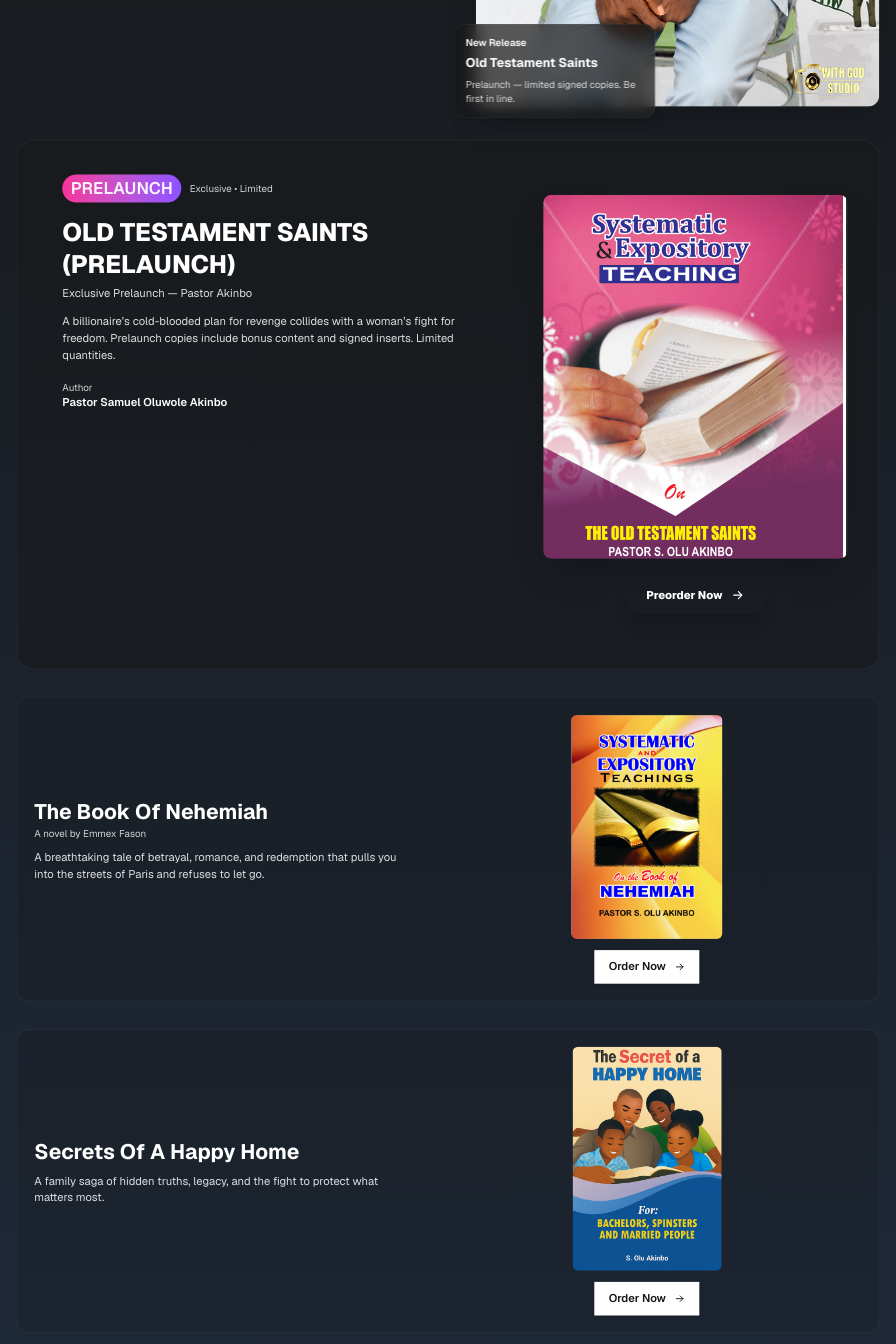
Repository: EmmyDunny1/pastor-oluwole-akinbo
Page: /Books
The author's editor kept a copy of each file at every save. The page is drawn from the files as they stood at one save, then again after the next save.
The browser window is 1280 px wide. The pictures show the part of the page from y = 805 to 2725 px (the page is 2942 px tall before and 2900 px after), at 70% of full size.
The project was rebuilt for these pictures with package versions that can differ from the ones it lists, and the page was loaded fresh each time. The framework's server and built-in components were replaced by stand-ins that run in the browser. Also part of the build but not shown: next.config.ts, components/BooksCarousel.Module.css.

Above is the page before, as saved 2025-08-13 11:54:20.

### app/layout.tsx
import type { Metadata } from "next";
import { Geist, Geist_Mono } from "next/font/google";
import "./globals.css";
import Header from "../components/Header";
import Footer from "../components/Footer";


const geistSans = Geist({
  variable: "--font-geist-sans",
  subsets: ["latin"],
});

const geistMono = Geist_Mono({
  variable: "--font-geist-mono",
  subsets: ["latin"],
});

export const metadata: Metadata = {
  title: "Pastor Oluwole Akinbo",
  description: "It's a website for Pastor Oluwole Akinbo ",
};

export default function RootLayout({
  children,
}: Readonly<{
  children: React.ReactNode;
}>) {
  return (
    <html lang="en">
      <body
        className={`${geistSans.variable} ${geistMono.variable} antialiased`}
      >
        <Header />
        {children}

        <Footer />
      </body>
    </html>
  );
}

### app/Books/page.tsx
import React from 'react'
import BooksCarousel from '@/components/BooksCarousel'


export default function BooksPage() {
  return (
    <div>
      <BooksCarousel />

    </div>
  )
}

### app/globals.css
@import "tailwindcss";

:root {
  --background: #ffffff;
  --foreground: #171717;
}

@theme inline {
  --color-background: var(--background);
  --color-foreground: var(--foreground);
  --font-sans: var(--font-geist-sans);
  --font-mono: var(--font-geist-mono);
}

@media (prefers-color-scheme: dark) {
  :root {
    --background: #0a0a0a;
    --foreground: #ededed;
  }
}

body {
  background: var(--background);
  color: var(--foreground);
  font-family: Arial, Helvetica, sans-serif;
}

body {
  @apply bg-white text-[#171717] dark:bg-gray-900 dark:text-white font-sans;
}

### components/Header.tsx
"use client";

import Link from "next/link";
import { usePathname } from "next/navigation";
import { useState, useEffect } from "react";
import { BiMenuAltRight, BiX, BiSun, BiMoon } from "react-icons/bi";
import { motion, AnimatePresence } from "framer-motion";

const navLinks = [
  { href: "/", label: "Home" },
  { href: "/Biography", label: "Biography" },
  { href: "/SubmitTestimony", label: "Submit Testimony" },
  { href: "/Books", label: "Books" },
  { href: "/Gift", label: "Gift" },
];

export default function Header() {
  const pathname = usePathname();
  const [isOpen, setIsOpen] = useState(false);
  const [isDarkMode, setIsDarkMode] = useState(false);

  useEffect(() => {
    if (typeof window !== "undefined") {
      const darkPref = localStorage.getItem("theme") === "dark";
      setIsDarkMode(darkPref);
      document.documentElement.classList.toggle("dark", darkPref);
    }
  }, []);

  const toggleMenu = () => setIsOpen(!isOpen);

  const toggleDarkMode = () => {
    const newMode = !isDarkMode;
    setIsDarkMode(newMode);
    localStorage.setItem("theme", newMode ? "dark" : "light");
    document.documentElement.classList.toggle("dark", newMode);
  };

  return (
    <header className="bg-white dark:bg-gray-800 text-[#171717] dark:text-white shadow-md sticky top-0 z-50 transition-all duration-300">
      <div className="max-w-7xl mx-auto flex items-center justify-between px-4 py-4">
        <Link href="/">
          <h1 className="text-2xl font-bold">Dad&apos;s Retirement</h1>
        </Link>

        {/* Desktop Nav */}
        <nav className="hidden md:flex gap-6 text-md  items-center font-medium">
          {navLinks.map(({ href, label }) => (
            <Link
              key={href}
              href={href}
              className={`${
                pathname === href
                  ? "text-gray-600 border-b-2 decoration-0  border-gray-600"
                  : "hover:text-white transition"
              } ${
                label === "Gift"
                  ? "bg-gray-100 text-gray-950 px-4 py-2 rounded-md hover:bg-gray-500  transition"
                  : ""
              }`}
            >
              {label}
            </Link>
          ))}
          <button
            onClick={toggleDarkMode}
            className="ml-4 text-xl hover:text-blue-600 transition"
            aria-label="Toggle dark mode"
          >
            {isDarkMode ? <BiSun /> : <BiMoon />}
          </button>
        </nav>

        {/* Mobile Toggle */}
        <div className="md:hidden flex items-center gap-4">
          <button
            onClick={toggleDarkMode}
            className="text-2xl hover:text-blue-600 transition"
            aria-label="Toggle dark mode"
          >
            {isDarkMode ? <BiSun /> : <BiMoon />}
          </button>
          <div className="text-3xl cursor-pointer" onClick={toggleMenu}>
            {isOpen ? <BiX /> : <BiMenuAltRight />}
          </div>
        </div>
      </div>

      {/* Mobile Nav */}
      <AnimatePresence>
        {isOpen && (
          <motion.nav
            initial={{ opacity: 0, y: -20 }}
            animate={{ opacity: 1, y: 0 }}
            exit={{ opacity: 0, y: -20 }}
            transition={{ duration: 0.3 }}
            className="md:hidden bg-white min-h-screen dark:bg-gray-800 border-t border-gray-200 dark:border-gray-700 px-4 py-4 space-y-4 text-base font-medium text-left"
          >
            {navLinks.map(({ href, label }) => (
              <Link
                key={href}
                href={href}
                onClick={() => setIsOpen(false)}
                className={`block w-full ${
                  pathname === href
                    ? " text-gray-400 font-semibold"
                    : "hover:text-gray-400 transition"
                } ${
                  label === "Gift"
                    ? "bg-gray-800 text-gray-100 px-4 py-2 rounded-md hover:bg-gray-100  border-1 border-white transition"
                    : ""
                }`}
              >
                {label}
              </Link>
            ))}
          </motion.nav>
        )}
      </AnimatePresence>
    </header>
  );
}

### components/Footer.tsx
import React from 'react'


export default function Footer() {
  return (
    <footer className="bg-gray-800 text-white text-center p-4 mt-8">
      <p>&copy; {new Date().getFullYear()} A Tribute to Dad. All rights reserved.</p>
    </footer>
  )
}

### components/BooksCarousel.tsx
"use client";

import React from "react";
import { useEffect, useRef, useState } from "react";
import Image from "next/image";
import styles from "./BooksCarousel.module.css";

type Book = {
  id: number;
  title: string;
  subtitle?: string;
  description: string;
  cover: string;
  link: string;
  prelaunch?: boolean;
};

const BOOKS: Book[] = [
  {
    id: 1,
    title: "The Book Of Nehemiah",
    subtitle: "A novel by Emmex Fason",
    description:
      "A breathtaking tale of betrayal, romance, and redemption that pulls you into the streets of Paris and refuses to let go.",
    cover: "/books/Book_Of_Neh.png",
    link: "https://selar.co/m/samuel-oluwole1458878?currency=NGN",
  },
  {
    id: 2,
    title: "Secrets Of A Happy Home",
    subtitle: "",
    description:
      "A family saga of hidden truths, legacy, and the fight to protect what matters most.",
    cover: "/books/Secrets_Of__HM.png",
    link: "/PreOrderPayment",
  },
  {
    id: 99,
    title: "OLD TESTAMENT SAINTS (PRELAUNCH)",
    subtitle: "Exclusive Prelaunch — Pastor Akinbo ",
    description:
      "A billionaire’s cold-blooded plan for revenge collides with a woman’s fight for freedom. Prelaunch copies include bonus content and signed inserts. Limited quantities.",
    cover: "/books/Old_Test_Saints.png",
    link: "/PreOrderPayment",
    prelaunch: true,
  },
];

function FallbackImage({
  src,
  alt,
  className,
  width,
  height,
}: {
  src: string;
  alt: string;
  className?: string;
  width?: number;
  height?: number;
}) {
  const placeholder = "/placeholder.jpg";
  const [imgSrc, setImgSrc] = useState(src);
  return (
    <Image
      src={imgSrc}
      alt={alt}
      width={width ?? 600}
      height={height ?? 900}
      className={className}
      onError={() => setImgSrc(placeholder)}
    />
  );
}

export default function BooksPage(): React.ReactNode {
  const carouselRef = useRef<HTMLDivElement>(null);

  useEffect(() => {
    const el = carouselRef.current;
    if (!el) return;

    let scrollAmount = 0;
    const step = 1;
    const max = el.scrollWidth - el.clientWidth;
    const interval = window.setInterval(() => {
      if (!carouselRef.current) return;
      scrollAmount += step;
      if (scrollAmount >= max) {
        carouselRef.current.scrollTo({ left: 0, behavior: "smooth" });
        scrollAmount = 0;
      } else {
        carouselRef.current.scrollLeft = scrollAmount;
      }
    }, 20);

    return () => clearInterval(interval);
  }, []);

  const prelaunch = BOOKS.find((b) => b.prelaunch);
  const nonPre = BOOKS.filter((b) => !b.prelaunch);

  return (
    <main className="min-h-screen bg-gradient-to-b from-[#171717] to-gray-800 text-white">
      <div className="max-w-7xl mx-auto px-6 py-20">
        <section className="grid grid-cols-1 lg:grid-cols-2 gap-8 items-center mb-12">
          <div className="lg:mb-[20rem] relative z-10">
            <h1 className="text-4xl md:text-5xl font-extrabold leading-tight mb-4">
              My Books
            </h1>
            <p className="text-lg text-white/90 max-w-xl">
              Welcome — a curated collection of stories that explore love, power,
              and sacrifice. Scroll down to see the catalog and secure the
              exclusive prelaunch edition.
            </p>
            <div className="mt-6 flex items-center gap-4">
              <div className="w-14 h-14 rounded-full overflow-hidden ring-2 ring-white/10 shadow">
                <FallbackImage
                  src="/others/Hero.jpg"
                  alt="Author - Pastor Akinbo"
                  width={56}
                  height={56}
                  className="object-cover"
                />
              </div>
              <div>
                <div className="font-semibold">Pastor Akinbo</div>
                <div className="text-sm text-white/80">Author</div>
              </div>
            </div>
          </div>
          <div className="flex justify-end">
            <div className="relative w-full max-w-md lg:max-w-xl transform transition-all duration-500 hover:-translate-y-3">
              <div className="rounded-2xl overflow-hidden shadow-2xl ring-1 ring-white/5">
                <FallbackImage
                  src="/others/BooksImage.jpg"
                  alt="Pst Akinbo"
                  width={640}
                  height={640}
                  className="object-cover w-full h-full"
                />
              </div>
              <div className="absolute -left-8 -bottom-10 hidden lg:block">
                <div className="bg-[#171717]/70 backdrop-blur-md border border-white/6 rounded-2xl p-4 w-72 shadow-lg -translate-y-6">
                  <div className="text-sm text-pink/90 font-semibold">New Release</div>
                  <div className="mt-1 text-lg font-bold">Old Testament Saints</div>
                  <div className="mt-2 text-sm text-white/80">
                    Prelaunch — limited signed copies. Be first in line.
                  </div>
                </div>
              </div>
            </div>
          </div>
        </section>
        {prelaunch && (
          <section className="mb-10">
            <article
              className="relative overflow-visible flex flex-col lg:flex-row items-stretch gap-6 p-8 rounded-3xl border border-white/6 bg-[#171717]/40 hover:translate-y-[-6px] transition-transform duration-500"
              aria-labelledby={`pre-${prelaunch.id}`}
            >
              <div
                className="absolute inset-0 rounded-3xl pointer-events-none -z-10"
                aria-hidden
                style={{
                  background:
                    "linear-gradient(90deg, rgba(255,90,255,0.06), rgba(120,60,255,0.04), rgba(255,106,0,0.04))",
                }}
              />
              <div className="w-full lg:mb-[20rem] lg:w-2/3 z-10 px-3 lg:px-8 py-4 flex flex-col justify-center">
                <div className="inline-flex items-center gap-3 mb-3">
                  <span className="px-3 py-1 rounded-full text-2xl font-semibold text-white/95 bg-gradient-to-r from-pink-500 to-violet-500 shadow-sm">
                    PRELAUNCH
                  </span>
                  <span className="text-sm text-white/80">Exclusive • Limited</span>
                </div>
                <h2 id={`pre-${prelaunch.id}`} className="mt-2 text-3xl lg:text-4xl font-extrabold leading-tight">
                  {prelaunch.title}
                </h2>
                {prelaunch.subtitle && (
                  <div className="mt-2 text-md text-white/85">{prelaunch.subtitle}</div>
                )}
                <p className="mt-4 text-white/85 max-w-xl">
                  {prelaunch.description}
                </p>
                <div className="mt-6">
                  <div className="text-sm text-white/80">Author</div>
                  <div className="font-semibold">Pastor Samuel Oluwole Akinbo</div>
                </div>
              </div>
              <div className="w-full lg:w-[45%] z-10 flex flex-col items-center justify-center px-3 py-6">
                <div className="w-full overflow-visible">
                  <div className="relative w-full rounded-xl transform transition duration-700 hover:scale-[1.04] hover:rotate-[-2deg] hover:translate-y-[-6px]">
                    <FallbackImage
                      src={prelaunch.cover}
                      alt={prelaunch.title}
                      width={520}
                      height={760}
                      className="object-cover w-full h-[520px] rounded-xl shadow-2xl"
                    />
                    <div className={`${styles.neonHalo} absolute -inset-2 rounded-xl -z-10`} />
                  </div>
                </div>
                <a
                  href={prelaunch.link}
                  className={`${styles.preorderNeon} mt-6 relative inline-flex items-center gap-3 px-8 py-4 rounded-full font-extrabold text-white shadow-xl transition-all duration-300`}
                >
                  <span className="relative z-10">Preorder Now</span>
                  <svg className="w-5 h-5 relative z-10" viewBox="0 0 24 24" fill="none" aria-hidden>
                    <path d="M5 12h14M13 6l6 6-6 6" stroke="white" strokeWidth="2" strokeLinecap="round" strokeLinejoin="round" />
                  </svg>
                </a>
              </div>
            </article>
          </section>
        )}
        <section className="space-y-10 mb-16">
          {nonPre.map((book) => (
            <article
              key={book.id}
              className="group relative flex flex-col lg:flex-row items-center gap-6 p-6 rounded-2xl border border-white/6 bg-[#171717]/20 hover:-translate-y-2 transition-transform duration-400"
            >
              <div className="w-full lg:w-2/3 text-left z-10">
                <h3 className="text-2xl lg:text-3xl font-bold">{book.title}</h3>
                {book.subtitle && <div className="mt-1 text-sm text-white/80">{book.subtitle}</div>}
                <p className="mt-3 text-white/85 max-w-xl">{book.description}</p>
                <div className="mt-6 text-sm text-white/80">

                </div>
              </div>
              <div className="w-full lg:w-[75%] flex flex-col items-center">
                <div className="overflow-hidden  transform transition duration-500 group-hover:scale-105">
                  <FallbackImage
                    src={book.cover}
                    alt={book.title}
                    width={420}
                    height={600}
                    className="object-cover w-full h-80 rounded-lg"
                  />
                </div>
                <a
                  href={book.link}
                  className="mt-4 inline-flex items-center gap-3 bg-white text-[#171717] font-semibold px-5 py-3 shadow-md hover:shadow-lg transition-all duration-300 group"
                >
                  Order Now
                  <svg className="w-4 h-4 transition-transform duration-300 group-hover:translate-x-2" viewBox="0 0 24 24" fill="none" aria-hidden>
                    <path d="M5 12h14M13 6l6 6-6 6" stroke="#171717" strokeWidth="2" strokeLinecap="round" strokeLinejoin="round" />
                  </svg>
                </a>
              </div>
            </article>
          ))}
        </section>
        {/* <section aria-label="Other books carousel" className="mb-12">
          <h3 className="text-2xl font-bold mb-6">More by the author</h3>
          <div ref={carouselRef} className="relative w-full overflow-hidden">
            <div className="flex gap-6 w-max py-4 px-2">
              {BOOKS.map((b) => (
                <div key={`card-${b.id}`} className="min-w-[260px] flex-shrink-0 bg-[#171717]/60 rounded-2xl p-4 shadow-lg">
                  <div className="rounded-lg overflow-hidden mb-3">
                    <FallbackImage
                      src={b.cover}
                      alt={b.title}
                      width={260}
                      height={360}
                      className="w-full h-40 object-cover"
                    />
                  </div>
                  <div>
                    <div className="font-semibold text-lg">{b.title}</div>
                    <div className="text-sm text-white/80 mt-1">{b.subtitle ?? "By Emmex Fason"}</div>
                    <a
                      href={b.link}
                      className="mt-3 inline-flex items-center gap-2 bg-white text-[#171717] px-3 py-2 rounded-full text-sm font-semibold hover:scale-105 transition-transform"
                    >
                      View
                      <svg className="w-3 h-3" viewBox="0 0 24 24" fill="none" aria-hidden>
                        <path d="M5 12h14M13 6l6 6-6 6" stroke="#171717" strokeWidth="2" strokeLinecap="round" strokeLinejoin="round" />
                      </svg>
                    </a>
                  </div>
                </div>
              ))}
            </div>
            <div className="absolute top-1/2 left-2 -translate-y-1/2">
              <button
                onClick={() => {
                  const el = carouselRef.current;
                  if (!el) return;
                  el.scrollBy({ left: -260, behavior: "smooth" });
                }}
                className="bg-white/8 hover:bg-white/12 p-2 rounded-full"
                aria-label="Scroll left"
              >
                ◀
              </button>
            </div>
            <div className="absolute top-1/2 right-2 -translate-y-1/2">
              <button
                onClick={() => {
                  const el = carouselRef.current;
                  if (!el) return;
                  el.scrollBy({ left: 260, behavior: "smooth" });
                }}
                className="bg-white/8 hover:bg-white/12 p-2 rounded-full"
                aria-label="Scroll right"
              >
                ▶
              </button>
            </div>
          </div>
        </section> */}
      </div>
    </main>
  );
}

After the next save:
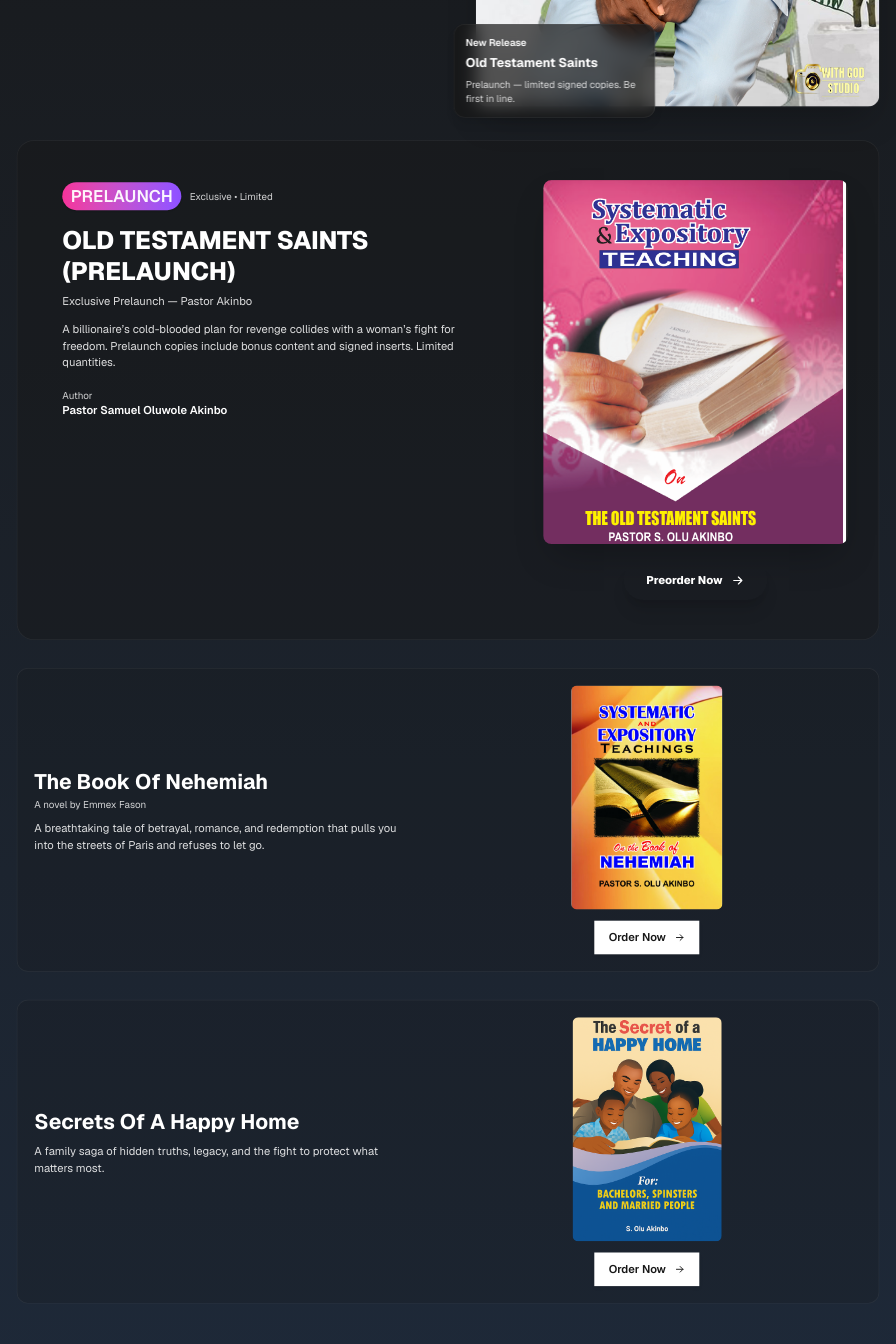
Saved 22 s later.
--- a/components/BooksCarousel.tsx
+++ b/components/BooksCarousel.tsx
@@ -166,7 +166,7 @@ export default function BooksPage(): React.ReactNode {
                     "linear-gradient(90deg, rgba(255,90,255,0.06), rgba(120,60,255,0.04), rgba(255,106,0,0.04))",
                 }}
               />
-              <div className="w-full lg:mb-[20rem] lg:w-2/3 z-10 px-3 lg:px-8 py-4 flex flex-col justify-center">
+              <div className="w-full lg:mb-[16rem] lg:w-2/3 z-10 px-3 lg:px-8 py-4 flex flex-col justify-center">
                 <div className="inline-flex items-center gap-3 mb-3">
                   <span className="px-3 py-1 rounded-full text-2xl font-semibold text-white/95 bg-gradient-to-r from-pink-500 to-violet-500 shadow-sm">
                     PRELAUNCH
